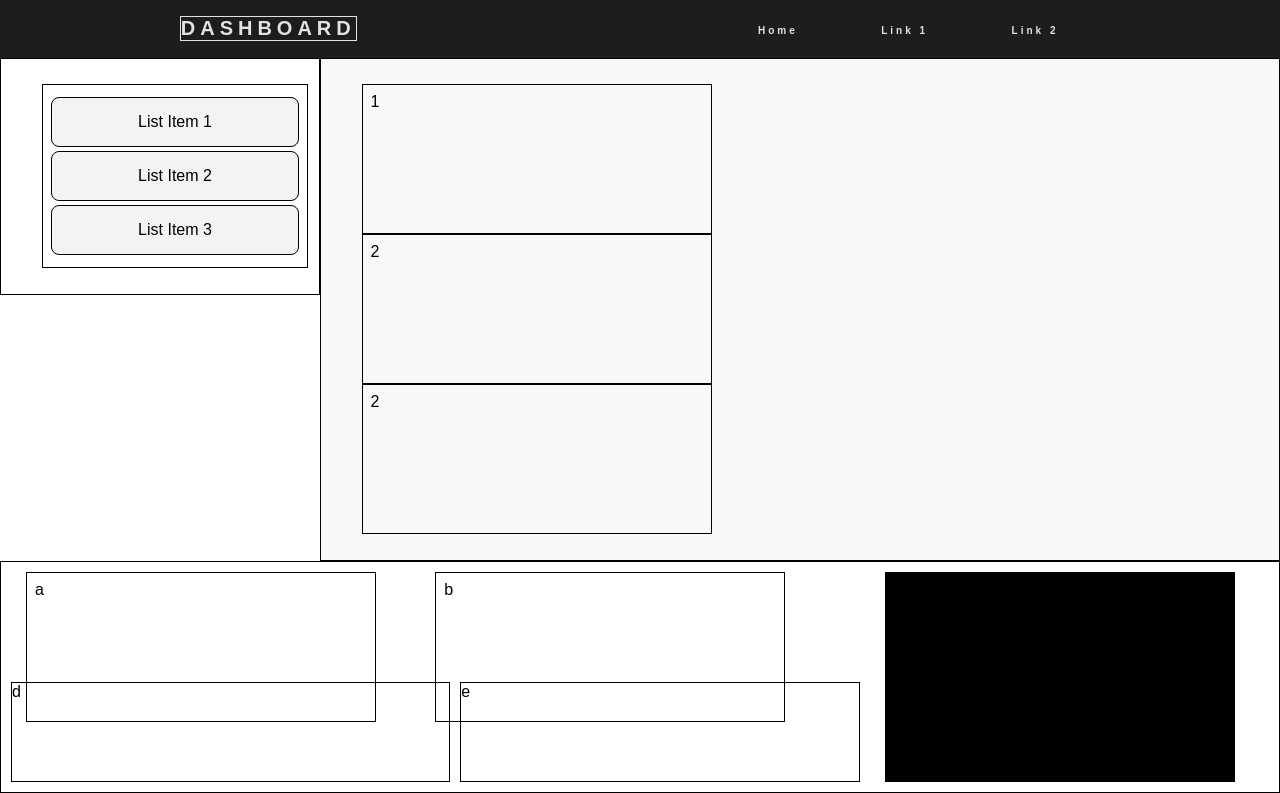
Repository: nourabdelhakam/drag-drop
Page: index.html
These files come from the project's save history. The page is drawn as it stood at one moment and after the next save; the edit follows.
The browser window is 1280 px wide. The pictures show the whole page.

Above is the page before, as saved 2020-07-03 10:24:13.

### index.html
<!DOCTYPE html>
<html lang="en">
<head>
    <meta charset="UTF-8">
    <meta name="viewport" content="width=device-width, initial-scale=1.0">
    <meta http-equiv="X-UA-Compatible" content="ie=edge">
    <title>Drag & Drop</title>
    <link rel="stylesheet" href="nav/nav.css">
    <link rel="stylesheet" href="css/main.css">
</head>
<body>

    <!-- <nav> -->
        <nav>
            <div class="logo">
                <h4>Dashboard</h4>
            </div>
            <ul class="nav-links">
                <li><a href="">Home</a></li>
                <li><a href="">Link 1</a></li>
                <li><a href="">Link 2</a></li>
            </ul>
            <div class="burger">
                <div class="line1"></div>
                <div class="line2"></div>
                <div class="line3"></div>
            </div>
        </nav>
      <!-- </nav> end of nav -->

      <section>
                <div class="left">
                    <div class="list">
                        <div class="list-item" draggable="true">List Item 1</div>
                        <div class="list-item" draggable="true">List Item 2</div>
                        <div class="list-item" draggable="true">List Item 3</div>
                    </div>
                  </div>
                  <div class="right">
                      <div class="list">1</div>
                      <div class="list">2</div>
                      <div class="list">2</div>
                  </div>

            <!-- <div class="lists">
                <div class="list">
                    <div class="list-item" draggable="true">List Item 1</div>
                    <div class="list-item" draggable="true">List Item 2</div>
                    <div class="list-item" draggable="true">List Item 3</div>
                </div>
                <div class="list"></div>
                <div class="list"></div>
            </div> -->
      </section>
      <div class="container">
        <div class="a list">a</div>
        <div class="b list">b</div>
        <div class="c list">c</div>
        <div class="d">d</div>
        <div class="e">e</div>

      </div>


    <script src="main.js" type="text/javascript"></script>
    <script src="nav/nav.js" type="text/javascript"></script>
</body>
</html>

### nav/nav.css
nav {
    display: flex;
    justify-content: space-around;
    align-items: center;
    min-height: 8vh;
    background-color: #1D1D1D;
    font-family: "Poppins", sans-serif;
}
.logo {
    color: rgb(226, 226, 226);
    text-transform: uppercase;
    letter-spacing: 5px;
    font-size: 20px;
}
.nav-links {
    display: flex;
    justify-content: space-around;
    width: 30%;
}
.nav-links li {
    list-style: none;
}
.nav-links a {
    color: rgb(226, 226, 226);
    text-decoration: none;
    letter-spacing: 3px;
    font-weight: bold;
    font-size: 10px;
}
.burger {
    display: none;
    cursor: pointer;
}
.burger div {
    width: 25px;
    height: 3px;
    background-color: rgb(226, 226, 226);
    margin: 5px;
    transition: all 0.3s ease;
}


@media screen and (max-width:1024px) {
    .nav-links {
        width: 60%;
    }
}

@media screen and (max-width:768px) {

    body {
        overflow-x: hidden;
    }
    .nav-links {
        position: absolute;
        right: 0px;
        height: 92vh;
        top: 8vh;
        background-color: #1D1D1D;
        display: flex;
        flex-direction: column;
        align-items: center;
        width: 50%;
        transform: translatex(100%);
        transition: transform 0.5s ease-in;
    }
    .nav-links li {
        opacity: 0;
    }
    .burger {
        display: block;
    }
}

.nav-active {
    transform: translatex(0%);
}

@keyframes navLinkFade {
    from {
        opacity: 0;
        transform: translatex(50%);
    }
    to {
        opacity: 1;
        transform: translatex(0%);
    }
}

.toggle .line1 {
    transform: rotate(-45deg) translate(-5px, 6px);
}
.toggle .line2 {
    opacity: 0;
}
.toggle .line3 {
    transform: rotate(45deg) translate(-5px, -6px);
}

.landing {
    height: 90vh;
    display: flex;
    justify-content: center;
    align-items: center;
}
.landing h1 {
    margin: 100px;
    font-size: 50px;
    color: #ae5fce;
}

### css/main.css
* {
    margin: 0;
    padding: 0;
    box-sizing: border-box;
}
body {
    font-family: Arial, Helvetica, sans-serif;
}
.left {
    width: 25%;
    height: 100%;
    float: left;
    padding: 2%;
}
.right {
    width: 75%;
    height: 100%;
    float: left;
    padding: 2%;
    background-color: #F7F8F8;
}
.list {
    width: 100%;
    min-width: 250px;
    max-width: 350px;
    height: 100%;
    min-height: 150px;

    margin: 0 15px;
    padding: 8px;
    transition: all 0.2s linear;
}
.list-item {
    background-color: #F3F3F3;
    border-radius: 8px;
    padding: 15px 20px;
    text-align: center;
    margin: 4px 0;
}
/* .container {
    display: flex;
    flex-flow: column;
    width: 90vw;
    height: 90vh;
    border-top: 1px dashed gray;
}
.lists {
    display: flex;
    flex: 1;
    width: 100%;
    overflow: scroll;
}
.lists .list {
    display: flex;
    flex-flow: column;
    flex: 1;

    width: 100%;
    min-width: 250px;
    max-width: 350px;
    height: 100%;
    min-height: 150px;

    background-color: rgba(0, 0, 0, 0.1);
    margin: 0 15px;
    padding: 8px;
    transition: all 0.2s linear;
}

.lists .list .list-item {
    background-color: #F3F3F3;
    border-radius: 8px;
    padding: 15px 20px;
    text-align: center;
    margin: 4px 0;
} */

.container {
    display: grid;
    grid-template-columns: [c1] 1fr [c2] 30px [c3] 1fr [c4] 1fr [c5];
    grid-template-rows: [r1] 100px [r2] 100px [r3];
    grid-column-gap: 10px;
    grid-row-gap: 10px;
    padding: 10px
  }

  div {
    border: solid 1px;
  }

  .a {
    grid-column: c1 / c2;
    grid-row: r1 / r2;
  }

  .b {
    grid-column: c2 / c4;
    grid-row: r1 / r2;
  }

  .c {
    grid-column: c4 / c5;
    grid-row: r1 / r3;
    background: black;
  }

  .d {
    grid-column: c1 / c3;
    grid-row: r2 / r3;
  }

  .e {
    grid-column: c3 / c4;
    grid-row: r2 / r3;
  }

### main.js
const list_items = document.querySelectorAll('.list-item');
const lists = document.querySelectorAll('.list');

let draggedItem = null;

for (let i = 0; i < list_items.length; i++) {
	const item = list_items[i];

	item.addEventListener('dragstart', function () {
		draggedItem = item;
		setTimeout(function () {
			item.style.display = 'none';
		}, 0)
	});

	item.addEventListener('dragend', function () {
		setTimeout(function () {
			draggedItem.style.display = 'block';
			draggedItem = null;
		}, 0);
	})

	for (let j = 0; j < lists.length; j ++) {
		const list = lists[j];

		list.addEventListener('dragover', function (e) {
			e.preventDefault();
		});

		list.addEventListener('dragenter', function (e) {
			e.preventDefault();
			this.style.backgroundColor = 'rgba(0, 0, 0, 0.2)';
		});

		list.addEventListener('dragleave', function (e) {
			this.style.backgroundColor = 'rgba(0, 0, 0, 0.1)';
		});

		list.addEventListener('drop', function (e) {
			console.log('drop');
			this.append(draggedItem);
			this.style.backgroundColor = 'rgba(0, 0, 0, 0.1)';
		});
	}
}

### nav/nav.js
const navSlide = () => {
    const burger = document.querySelector('.burger');
    const nav = document.querySelector('.nav-links');
    const navLinks = document.querySelectorAll('.nav-links li');


    burger.addEventListener('click', () => {

        //Toggle Nav
        nav.classList.toggle('nav-active');

        //Animate Links
        navLinks.forEach((link, index) => {

            if (link.style.animation) {
                link.style.animation = '';
            } else {
                link.style.animation = `navLinkFade 0.5s ease forwards ${index / 7 + 0.3}s`;
            }

        });

        //Burger Animation
        burger.classList.toggle('toggle');
    });

}

navSlide();

After the next save:
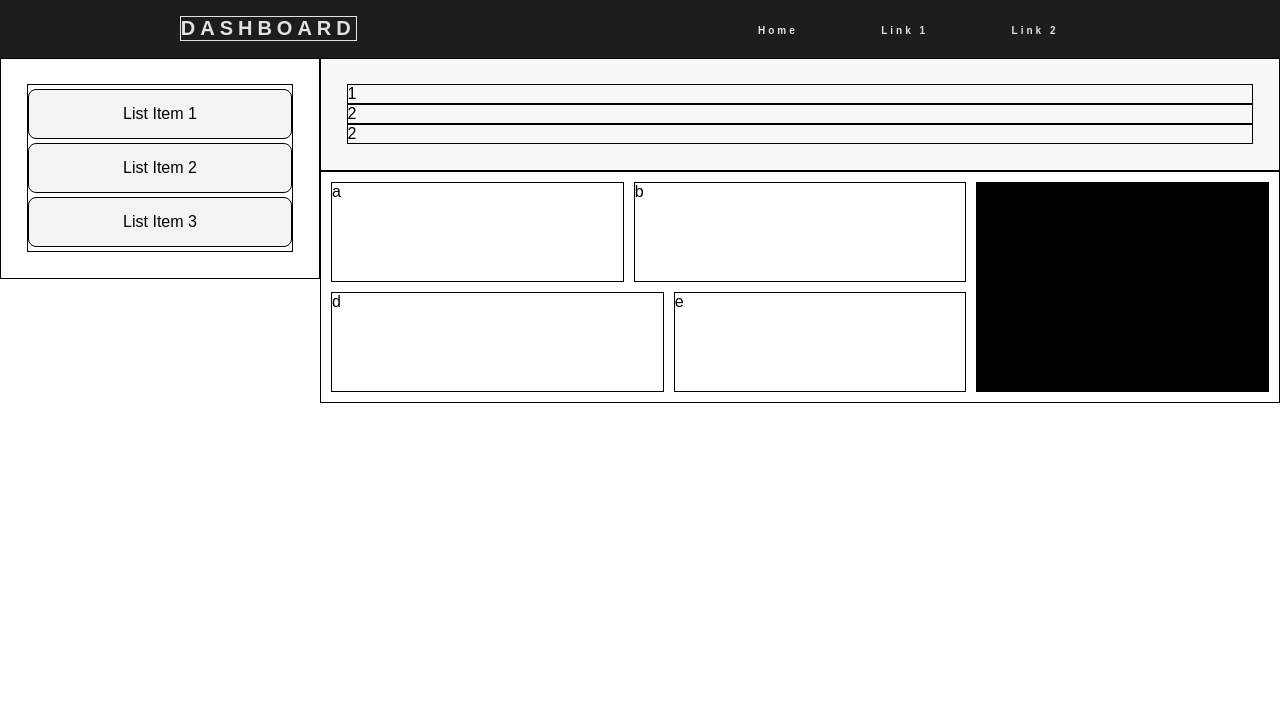
Saved 30 s later.
--- a/css/main.css
+++ b/css/main.css
@@ -19,7 +19,7 @@ body {
     padding: 2%;
     background-color: #F7F8F8;
 }
-.list {
+/* .list {
     width: 100%;
     min-width: 250px;
     max-width: 350px;
@@ -29,7 +29,7 @@ body {
     margin: 0 15px;
     padding: 8px;
     transition: all 0.2s linear;
-}
+} */
 .list-item {
     background-color: #F3F3F3;
     border-radius: 8px;
